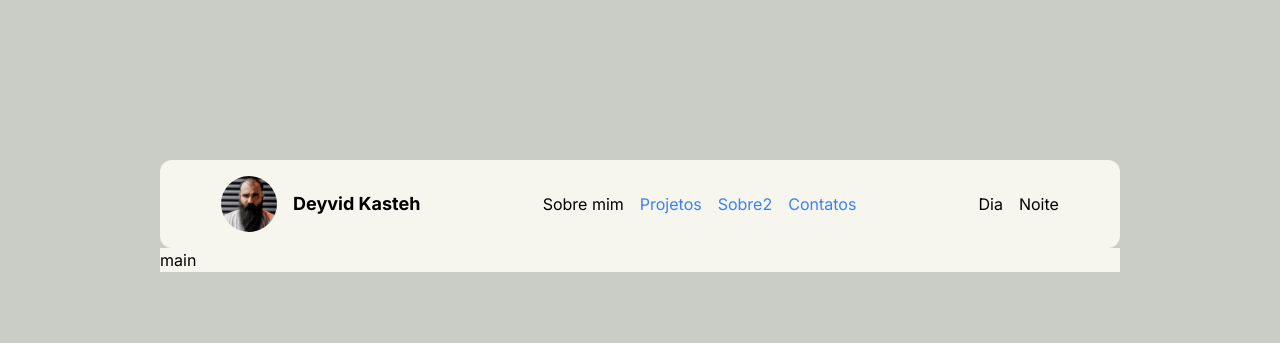
Repository: Deyvid-Kasteh/kasteh_portfolio
Page: /
An editor plug-in stored every save of this project. The page is shown before and after a run of saves, followed by the edit.
The browser window is 1280 px wide. The pictures show the whole page.
The project was rebuilt for these pictures with package versions that can differ from the ones it lists, and the page was loaded fresh each time. The framework's server and built-in components were replaced by stand-ins that run in the browser. Also part of the build but not shown: next.config.mjs.

Above is the page before, as saved 2024-03-24 17:43:47.

### src/app/layout.tsx
import type { Metadata } from "next";
import { Inter } from "next/font/google";
import "./globals.css";

const inter = Inter({ subsets: ["latin"] });

export const metadata: Metadata = {
  title: "Create Next App",
  description: "Generated by create next app",
};

export default function RootLayout({
  children,
}: Readonly<{
  children: React.ReactNode;
}>) {
  return (
    <html lang="pt-br">
      <body
        className={`bg-customGrayBG ${inter.className} p-4 sm:p-6 md:p-8 lg:p-10 xl:p-40`}
      >
        {children}
      </body>
    </html>
  );
}

### src/app/page.tsx
import Header from "./components/header";
import Main from "./components/main";

export default function Home() {
  return (
    <>
      <Header />
      <Main />
      <footer></footer>
    </>
    // <main className="bg-neutral-200 flex min-h-screen flex-col items-center justify-between p-24">

    // </main>
  );
}

### src/app/globals.css
@tailwind base;
@tailwind components;
@tailwind utilities;

:root {
  --foreground-rgb: 0, 0, 0;
  --background-start-rgb: 214, 219, 220;
  --background-end-rgb: 0, 0, 0;
}

/* @media (prefers-color-scheme: dark) {
  :root {
    --foreground-rgb: 255, 255, 255;
    --background-start-rgb: 0, 0, 0;
    --background-end-rgb: 0, 0, 0;
  }
} */

body {
  color: "#25282B"
  /* background: linear-gradient(
      to bottom,
      transparent,
      rgb(var(--background-end-rgb))
    )
    rgb(var(--background-start-rgb)); */
}



@layer utilities {
  .text-balance {
    text-wrap: balance;
  }
}

### src/app/components/header.tsx
import React from "react";
import logo from "../../../public/deyvidKaseth.jpg";
import Image from "next/image";

const Header: React.FC = () => {
  return (
    <header className="bg-customGrayComponents flex justify-around items-center py-4 rounded-xl">
      <div className="flex items-center space-x-4">
        <Image src={logo} alt="Logo" className="rounded-full w-14 h-14" />
        <h1 className="text-lg font-bold">Deyvid Kasteh</h1>
      </div>
      <nav>
        <ul className="flex space-x-4">
          <li>
            <a href="#">Sobre mim</a>
          </li>
          <li>
            <a href="#" className="text-blue-500 hover:text-blue-700">
              Projetos
            </a>
          </li>
          <li>
            <a
              href="#"
              className="text-blue-500 hover:text-blue-700 hover:bg-blue-500"
            >
              Sobre2
            </a>
          </li>
          <li>
            <a href="#" className="text-blue-500 hover:text-blue-700">
              Contatos
            </a>
          </li>
        </ul>
      </nav>
      <div className="flex space-x-4">
        <p>Dia</p>
        <p>Noite</p>
      </div>
    </header>
  );
};

export default Header;

### src/app/components/main.tsx
import React from 'react'

const Main: React.FC = () => {
  return <main className="bg-customGrayComponents">main</main>;
}

export default Main

### tailwind.config.ts
import type { Config } from "tailwindcss";

const config: Config = {
  content: [
    "./src/pages/**/*.{js,ts,jsx,tsx,mdx}",
    "./src/components/**/*.{js,ts,jsx,tsx,mdx}",
    "./src/app/**/*.{js,ts,jsx,tsx,mdx}",
  ],
  theme: {
    extend: {
      backgroundImage: {
        "gradient-radial": "radial-gradient(var(--tw-gradient-stops))",
        "gradient-conic":
          "conic-gradient(from 180deg at 50% 50%, var(--tw-gradient-stops))",
      },
      colors: {
        customGrayBG: "#CACCC6", // Definindo o background color
        customGrayComponents: "#F6F6EF",
      },
    },
  },
  plugins: [],
};
export default config;

After the next 5 saves:
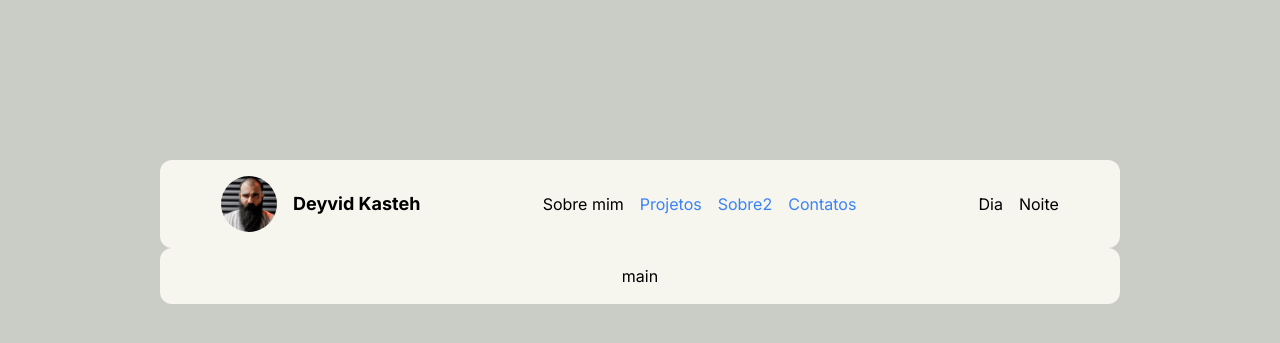
The 5 saves are shown as one change because 1 did not build or start and some came seconds apart.
The last was saved 42 s later.
--- a/src/app/components/main.tsx
+++ b/src/app/components/main.tsx
@@ -1,7 +1,7 @@
 import React from 'react'
 
 const Main: React.FC = () => {
-  return <main className="bg-customGrayComponents">main</main>;
+  return <main className="bg-customGrayComponents flex justify-around items-center py-4 rounded-xl">main</main>;
 }
 
 export default Main
